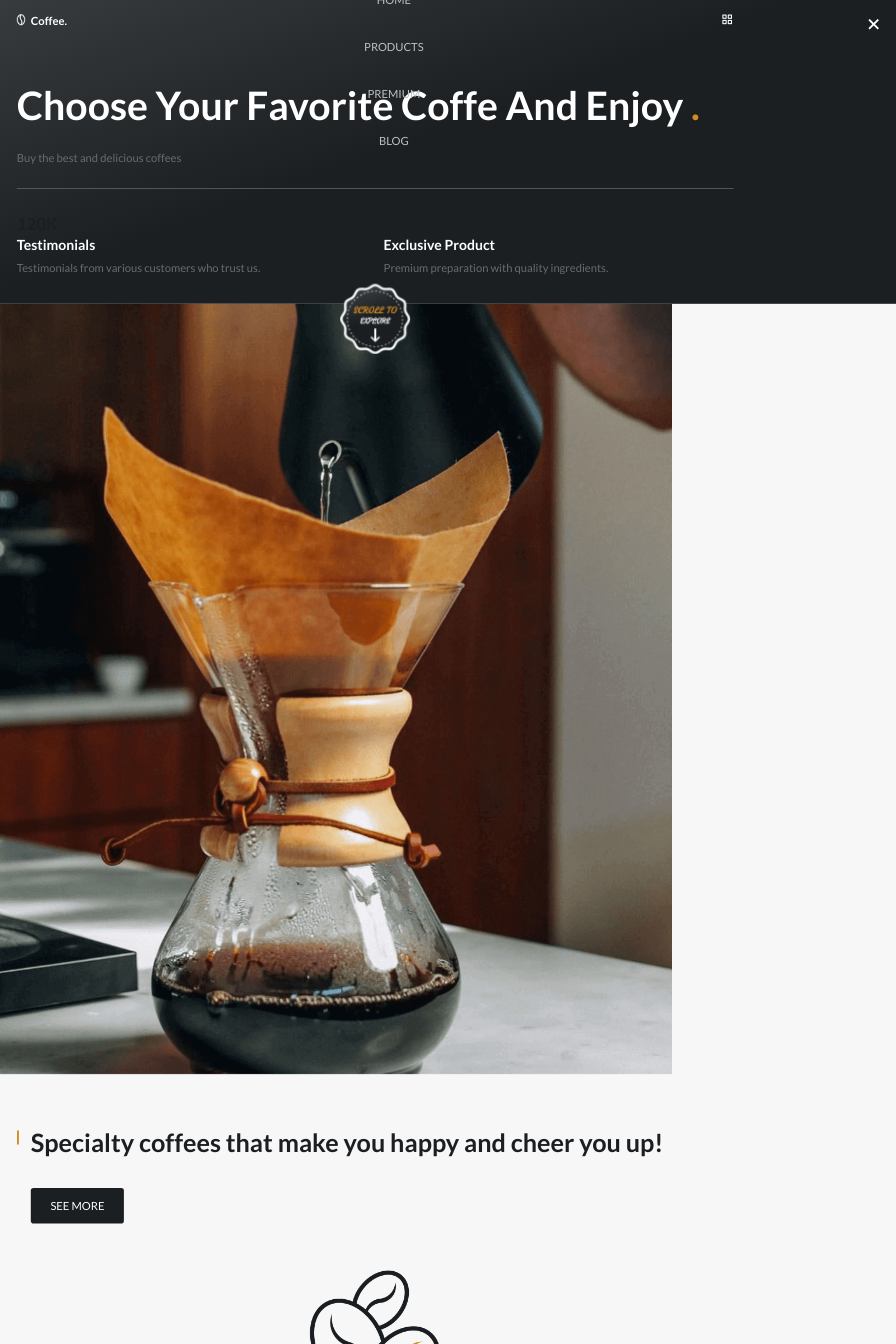
Repository: phong121020/coffee-responsive
Page: index.html
These files come from the project's save history. The page is drawn as it stood at one moment and after the next save; the edit follows.
The browser window is 1280 px wide. The pictures show the part of the page from y = 0 to 1920 px (the page is 2746 px tall before and 2374 px after), at 70% of full size.

Above is the page before, as saved 2022-03-06 19:00:48.

### index.html
<!DOCTYPE html>
<html lang="en">
  <head>
    <meta charset="UTF-8" />
    <meta http-equiv="X-UA-Compatible" content="IE=edge" />
    <meta name="viewport" content="width=device-width, initial-scale=1.0" />
    <!-- link -->
    <link rel="stylesheet" href="./assets/css/style.css" />
    <!-- favicon -->
    <link
      rel="shortcut icon"
      href="./assets/img/favicon.png"
      type="image/x-icon"
    />
    <title>Document</title>
    <!-- boxicon -->
    <link
      href="https://unpkg.com/boxicons@2.1.1/css/boxicons.min.css"
      rel="stylesheet"
    />
  </head>
  <body>
    <!-- HEADER -->
    <header class="header" id="header">
      <nav class="nav container">
        <a href="#" class="nav__logo">
          <img src="./assets/img/logo.png" alt="" class="nav__logo-img" />
          Coffee.
        </a>
        <div class="nav__menu" id="nav-menu">
          <ul class="nav__list">
            <li class="nav__item">
              <a href="#home" class="nav__link">Home</a>
            </li>
            <li class="nav__item">
              <a href="#products" class="nav__link">Products</a>
            </li>
            <li class="nav__item">
              <a href="#premium" class="nav__link">Premium</a>
            </li>
            <li class="nav__item">
              <a href="#blog" class="nav__link">Blog</a>
            </li>
          </ul>
          <div class="nav__close" id="nav-close">
            <i class="bx bx-x"></i>
          </div>
        </div>
        <!-- Toggle button -->
        <div class="nav__toggle" id="nav-toggle">
          <i class="bx bx-grid-alt"></i>
        </div>
      </nav>
    </header>
    <!-- MAIN -->
    <main>
      <!-- HOME -->
      <section class="home grid" id="home">
        <div class="home__container">
          <div class="home__content container">
            <h1 class="home__title">
              Choose Your Favorite Coffe And Enjoy <span>.</span>
            </h1>
            <p class="home__desc">Buy the best and delicious coffees</p>
            <div class="home__data">
              <div class="home__data-group">
                <h2 class="home__data-number">120K</h2>
                <h3 class="home__data-title">Testimonials</h3>
                <p class="home__data-desc">
                  Testimonials from various customers who trust us.
                </p>
              </div>
              <div class="home__data-group">
                <h2 class="home__data-number">340+</h2>
                <h3 class="home__data-title">Exclusive Product</h3>
                <p class="home__data-desc">
                  Premium preparation with quality ingredients.
                </p>
              </div>
            </div>
            <a href="#specialty">
              <img src="./assets/img/scroll.png" alt="" class="home__scroll" />
            </a>
          </div>
        </div>
        <img src="./assets/img/home.png" alt="" class="home__img" />
      </section>
      <!-- ESPECIALTY-->
      <div class="specialty section container">
        <div class="specialty__container">
          <div class="specialty__box">
            <h2 class="section__title">
              Specialty coffees that make you happy and cheer you up!
            </h2>
            <div>
              <a href="#" class="button specialty__button">See more</a>
            </div>
          </div>
          <div class="specialty__catergory">
            <div class="specialty__group">
              <img
                src="./assets/img/specialty1.png"
                alt=""
                class="specialty__img"
              />
              <h3 class="specialty__title">Selected Coffee</h3>
              <p class="specialty__desc">
                We select the best premium coffee, for a true taste.
              </p>
            </div>
            <div class="specialty__group">
              <img
                src="./assets/img/specialty2.png"
                alt=""
                class="specialty__img"
              />
              <h3 class="specialty__title">Delicious Cookies</h3>
              <p class="specialty__desc">
                Enjoy your coffee with some hot cookies
              </p>
            </div>
            <div class="specialty__group">
              <img
                src="./assets/img/specialty3.png"
                alt=""
                class="specialty__img"
              />
              <h3 class="specialty__title">Enjoy at Home</h3>
              <p class="specialty__desc">
                Enjoy the best coffee in the comfort of your home.
              </p>
            </div>
          </div>
        </div>
      </div>
    </main>
    <!-- JS -->
    <script src="./assets/js/app.js"></script>
  </body>
</html>

### assets/css/style.css
/*=============== GOOGLE FONTS ===============*/
@import url("https://fonts.googleapis.com/css2?family=Lato:wght@400;700&display=swap");

/*=============== VARIABLES CSS ===============*/
:root {
  --header-height: 3.5rem;

  /*========== Colors ==========*/
  --first-color: hsl(36, 72%, 48%);
  --first-color-alt: hsl(36, 72%, 44%);
  --black-color: hsl(206, 12%, 12%);
  --card-color: hsl(0, 0%, 90%);
  --title-color: hsl(206, 12%, 12%);
  --text-color: hsl(206, 4%, 42%);
  --text-color-light: hsl(206, 4%, 75%);
  --body-color: hsl(206, 4%, 97%);
  --container-color: #fff;

  /*========== Font and typography ==========*/
  --body-font: "Lato", sans-serif;
  --biggest-font-size: 2.25rem;
  --h1-font-size: 1.5rem;
  --h2-font-size: 1.25rem;
  --h3-font-size: 1rem;
  --normal-font-size: 0.938rem;
  --small-font-size: 0.813rem;
  --smaller-font-size: 0.75rem;

  /*========== Font weight ==========*/
  --font-bold: 700;

  /*========== z index ==========*/
  --z-tooltip: 10;
  --z-fixed: 100;
}

@media screen and (min-width: 968px) {
  :root {
    --biggest-font-size: 3.5rem;
    --h1-font-size: 2.25rem;
    --h2-font-size: 1.5rem;
    --h3-font-size: 1.25rem;
    --normal-font-size: 1rem;
    --small-font-size: 0.875rem;
    --smaller-font-size: 0.813rem;
  }
}

/*=============== BASE ===============*/
* {
  box-sizing: border-box;
  padding: 0;
  margin: 0;
}

html {
  scroll-behavior: smooth;
}

body {
  font-family: var(--body-font);
  font-size: var(--normal-font-size);
  background-color: var(--body-color);
  color: var(--text-color);
}

h1,
h2,
h3 {
  color: var(--title-color);
  font-weight: var(--font-bold);
}

h1,
h2,
h3,
p {
  line-height: 140%;
}

ul {
  list-style: none;
}

a {
  text-decoration: none;
}

img {
  max-width: 100%;
  height: auto;
}

button {
  border: none;
  outline: none;
  cursor: pointer;
}

/*=============== REUSABLE CSS CLASSES ===============*/
.container {
  max-width: 1024px;
  margin-left: 1.5rem;
  margin-right: 1.5rem;
}

.grid {
  display: grid;
  gap: 1.5rem;
}

.section {
  padding: 4.5rem 0 2rem;
}

.section__title {
  position: relative;
  font-size: var(--h1-font-size);
  padding-left: 1.25rem;
  margin-bottom: 2.5rem;
}

.section__title::before {
  content: "";
  position: absolute;
  top: 8px;
  left: 0;
  width: 3px;
  height: 20px;
  background-color: var(--first-color);
}

/* HEADER & NAV */
.header {
  width: 100%;
  background-color: transparent;
  position: fixed;
  top: 0;
  left: 0;
  right: 0;
  z-index: var(--z-fixed);
}
.nav {
  height: var(--header-height);
  display: flex;
  justify-content: space-between;
  align-items: center;
}
.nav__logo,
.nav__toggle {
  color: #fff;
}
.nav__logo {
  display: flex;
  align-items: center;
  justify-content: center;
  column-gap: 0.5rem;
  font-weight: var(--font-bold);
}
.nav__logo-img {
  width: 0.75rem;
}
.nav__toggle {
  display: inline-flex;
  font-size: 1.15rem;
  cursor: pointer;
}

@media screen and (max-width: 767px) {
  .nav__menu {
    position: fixed;
    top: 0;
    right: -100%;
    background-color: var(--black-color);
    width: 100%;
    height: 100%;
    transition: 0.3s;
  }
  .nav__menu.is-show {
    right: 0;
  }
}
.nav__list {
  display: flex;
  flex-direction: column;
  text-align: center;
  row-gap: 3rem;
  padding-top: 9rem;
}
.nav__link {
  text-transform: uppercase;
  color: var(--text-color-light);
  transition: 0.3s;
}
.nav__link:hover {
  color: #fff;
}
.nav__close {
  font-size: 2rem;
  position: absolute;
  top: 1rem;
  right: 1rem;
  color: #fff;
  cursor: pointer;
}
/* HOME */
.home {
  gap: 0;
}
.home__container {
  padding: 7rem 0 2.5rem;
  background: linear-gradient(
    160deg,
    hsla(206, 4%, 24%, 1) -4%,
    hsla(206, 12%, 12%, 1) 46%
  );
}
.home__content {
  position: relative;
}
.home__title,
.home__data-title {
  color: #fff;
}
.home__title {
  font-size: var(--biggest-font-size);
  margin-bottom: 1.5rem;
}
.home__title span {
  color: var(--first-color);
}
.home__desc {
  margin-bottom: 2rem;
}
.home__data {
  border-top: 1px solid var(--text-color);
  padding-top: 2rem;
  display: grid;
  grid-template-columns: repeat(2, 1fr);
  column-gap: 1.5rem;
}
.home__data-title {
  font-size: var(--h3-font-size);
  margin-bottom: 0.5rem;
}
.home__scroll {
  position: absolute;
  width: 100px;
  bottom: -7rem;
  left: 0;
  right: 0;
  margin: 0 auto;
  animation: scroll 3s infinite;
}
/* SCROLL IMAGE ANIMATE */
@keyframes scroll {
  0% {
    transform: translateY(0);
  }
  50% {
    transform: translateY(-0.5rem);
  }
  100% {
    transform: translateY(0);
  }
}
/* CHANGE BACKGROUND HEADER */
.scroll-header {
  background-color: var(--body-color);
  box-shadow: 0 1px 4px hsla(0, 4%, 15%, 0.1);
}
.scroll-header .nav__logo,
.scroll-header .nav__toggle {
  color: var(--title-color);
}
.scroll-header .nav__logo-img {
  mix-blend-mode: difference;
}

/* BUTTON */
.button {
  display: inline-block;
  background-color: var(--black-color);
  color: #fff;
  padding: 1rem 1.75rem;
  border-radius: 0.25rem;
  font-size: var(--normal-font-size);
  text-transform: uppercase;
}

/* SPECIALTY */
.specialty__button {
  margin-left: 1.25rem;
}
.specialty__catergory {
  margin-top: 4rem;
  display: grid;
  grid-template-columns: 200px;
  justify-content: center;
  row-gap: 2.5rem;
}

### assets/js/app.js
// SHOW MENU
const navToggle = document.querySelector(".nav__toggle");
const navMenu = document.querySelector(".nav__menu");
const navClose = document.querySelector(".nav__close");
const navItem = document.querySelectorAll(".nav__item");
// MENU SHOW
if (navToggle) {
  navToggle.addEventListener("click", function () {
    navMenu.classList.add("is-show");
  });
}
//  MENU HIDDEN
if (navClose) {
  navClose.addEventListener("click", function () {
    navMenu.classList.remove("is-show");
  });
}
// REMOVE MENU MOBILE
[...navItem].forEach((item) =>
  item.addEventListener("click", function () {
    navMenu.classList.remove("is-show");
  })
);
//CHANGE BACKGROUND HEADER
function scrollHeader() {
  const header = document.getElementById("header");
  // When the scroll is greater than 50 viewport height, add the scroll-header class to the header tag
  if (this.scrollY >= 50) {
    header.classList.add("scroll-header");
    // console.log(this);
  } else header.classList.remove("scroll-header");
}
window.addEventListener("scroll", scrollHeader);

After the next save:
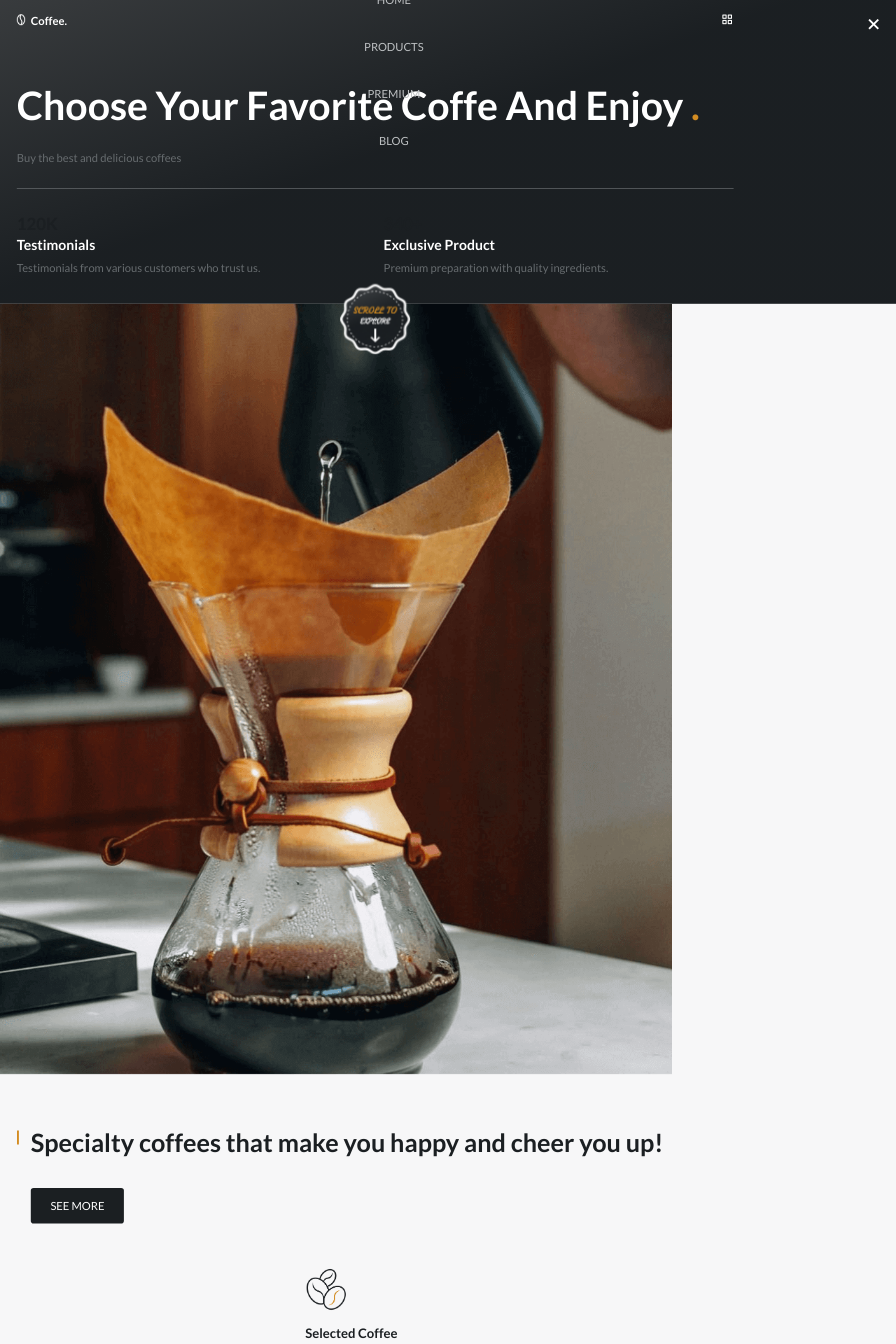
Saved 42 s later.
--- a/assets/css/style.css
+++ b/assets/css/style.css
@@ -299,3 +299,8 @@ button {
   justify-content: center;
   row-gap: 2.5rem;
 }
+.specialty__img {
+  width: 60px;
+  margin-bottom: 1rem;
+  transition: 0.4s;
+}
